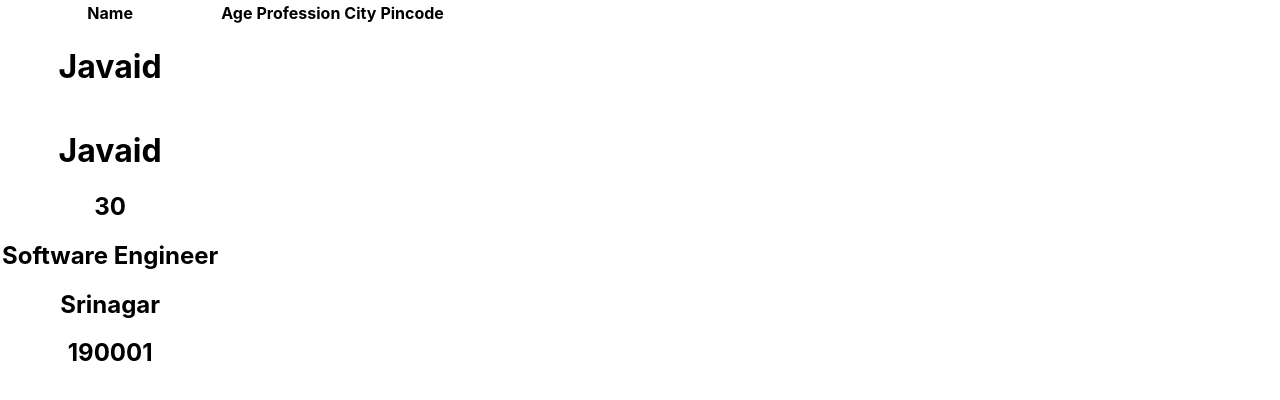
Repository: JavaidAhmadKhan/framer-motion-reacr
Page: /
These files come from the project's save history. The page is drawn as it stood at one moment and after a run of saves; the edit follows.
The browser window is 1280 px wide. The pictures show the whole page.
The project was rebuilt for these pictures with package versions that can differ from the ones it lists, and the page was loaded fresh each time.

Above is the page before, as saved 2022-05-19 17:28:56.

After the next 2 saves:
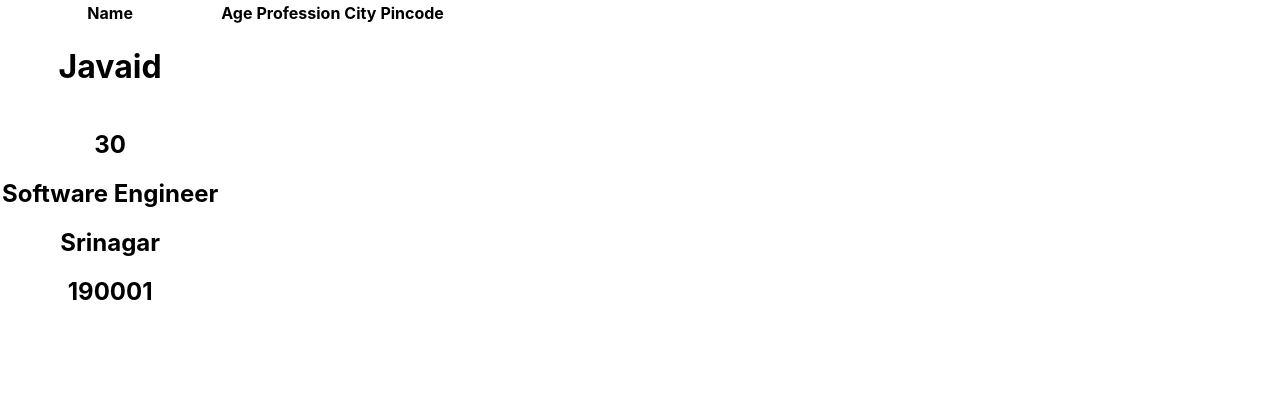
The 2 saves are shown as one change because they came seconds apart.
The last was saved 10 s later.
--- a/src/App.js
+++ b/src/App.js
@@ -30,7 +30,6 @@ class App extends Component {
           <tr>
             <h1>{this.state.name}</h1>
           </tr>
-          <h1>{this.state.name}</h1>
           <h2>{this.state.age}</h2>
           <h2>{this.state.profession}</h2>
           <h2>{this.state.address.city}</h2>
